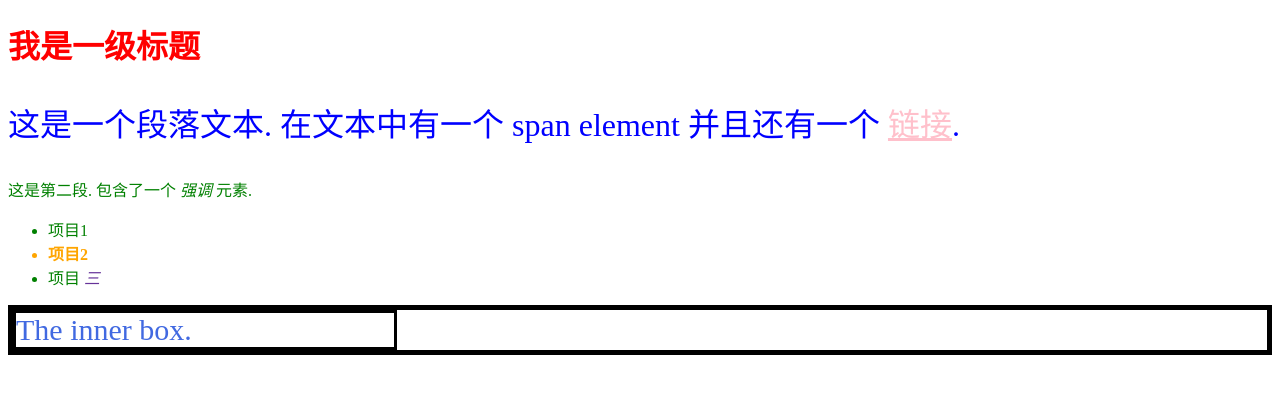
Repository: Valhally/web-projects
Page: sample-site/index.html
These files come from the project's save history. The page is drawn as it stood at one moment and after the next save; the edit follows.
The browser window is 1280 px wide. The pictures show the whole page.

Above is the page before, as saved 2021-08-10 21:47:10.

### sample-site/index.html
<!doctype html>
<html lang="zh-CN">
<head>
    <meta charset="utf-8">
    <title>开始学习CSS</title>
    <link rel = "stylesheet" href = "resources/styles.css">
</head>

<body>

    <h1>我是一级标题</h1>

    <p>这是一个段落文本. 在文本中有一个 <span>span element</span>
并且还有一个 <a href="http://example.com">链接</a>.</p>

    <p>这是第二段. 包含了一个 <em>强调</em> 元素.</p>

    <ul>
        <li>项目1</li>
        <li class = "special">项目2</li>
        <li>项目 <em>三</em></li>
    </ul>

    <div class="outer">
        <div class="inner">
            The inner box.
        </div>
    </div>

</body>

</html>

### sample-site/resources/styles.css
h1 {
    color: red;
}

p, li {
    color: green;
}

li {
    list-style-type: disc;
}

li.special {
    color: orange;
    font-weight: bold;
}

li em {
    color: rebeccapurple;
}

h1 + p {
    font-size: 200%;
    color: blue;
}

a:link {
    color: pink;
}
a:visited {
    color: green;
}
a:hover {
    text-decoration: none;
}

.outer {
    border: 5px solid black
}

.inner {
    font-size: 30px;
    width: 10cm;
    color: royalblue;
    /*background-color: red; */
    border: solid black 1mm;
}

After the next save:
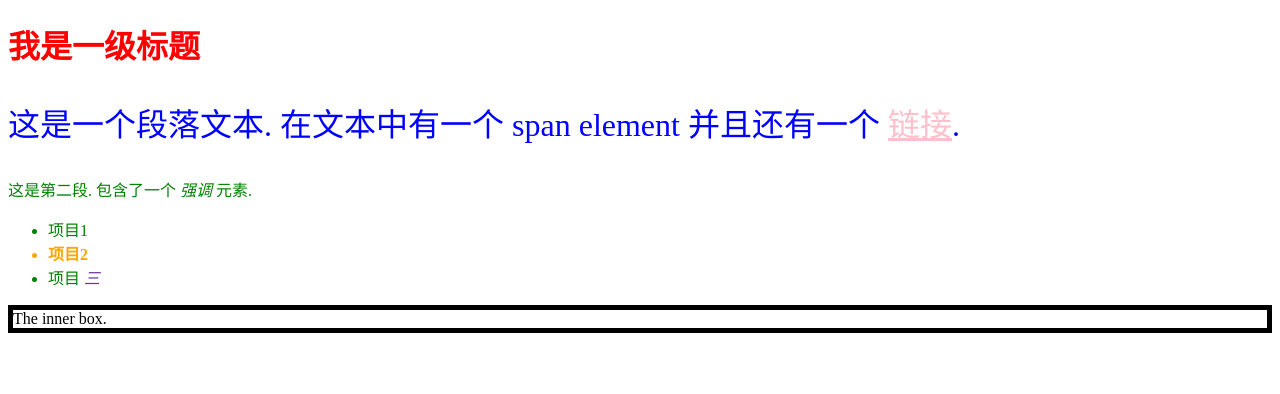
Saved 12 s later.
--- a/sample-site/resources/styles.css
+++ b/sample-site/resources/styles.css
@@ -39,9 +39,5 @@
 }
 
 .inner {
-    font-size: 30px;
-    width: 10cm;
-    color: royalblue;
-    /*background-color: red; */
-    border: solid black 1mm;
+
 }
